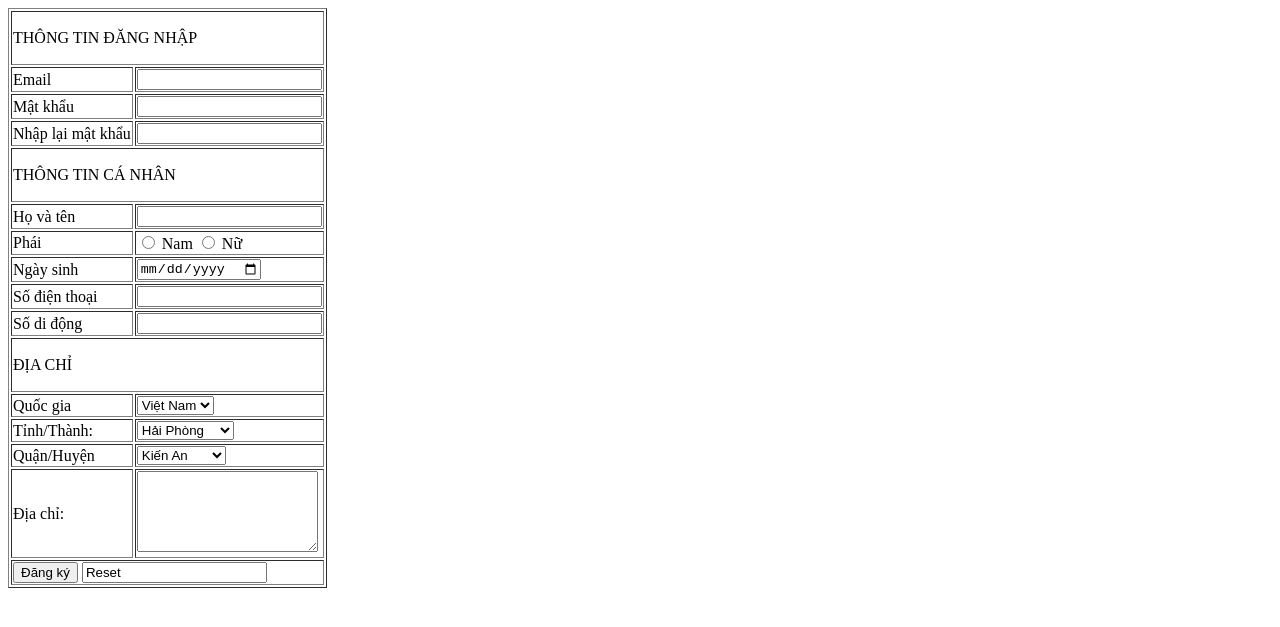
Repository: Vanh260703/Java-Servlet
Page: Bai1_HelloWorld/src/main/webapp/vidu.html
The author's editor kept a copy of each file at every save. The page is drawn from the files as they stood at one save, then again after the next save.
The browser window is 1280 px wide. The pictures show the whole page.

Above is the page before, as saved 2025-02-28 16:24:09.

### Bai1_HelloWorld/src/main/webapp/vidu.html
<!DOCTYPE html>
<html>
<head>
<meta charset="UTF-8">
<title>Insert title here</title>
</head>
<body>
	<form action="post">
		<table border = "1">
		<tbody>
			<tr>
				<td colspan = "2"><p>THÔNG TIN ĐĂNG NHẬP</p></td>
			</tr>
			<tr>
				<td>
					<label>Email</label>
				</td>
				<td>
					<input type = "email">
				</td>
			</tr>
			<tr>
				<td>
					<label>Mật khẩu</label>
				</td>
				<td>
					<input type = "password">
				</td>
			</tr>
			<tr>
				<td>
					<label>Nhập lại mật khẩu</label>
				</td>
				<td>
					<input type = "password">
				</td>
			</tr>
			<tr>
				<td colspan = "2"><p>THÔNG TIN CÁ NHÂN</p></td>
			</tr>
			<tr>
				<td>
					<label>Họ và tên</label>
				</td>
				<td>
					<input type = "text"/>
				</td>
			</tr>
			<tr>
				<td>
					<label>Phái</label>
				</td>
				<td>
					<input type = "radio" id = "male" name = "male" value = "male"/>
					<label for = "male">Nam</label>
					<input type = "radio" id = "female" name = "female" value = "female"/>
					<label for = "male">Nữ</label>
				</td>
			</tr>
			<tr>
				<td>
					<label>Ngày sinh</label>
				</td>
				<td>
					<input type = "date"/>
				</td>
			</tr>
			<tr>
				<td>
					<label>Số điện thoại</label>
				</td>
				<td>
					<input type = "number"/>
				</td>
			</tr>
			<tr>
				<td>
					<label>Số di động</label>
				</td>
				<td>
					<input type = "tel"/>
				</td>
			</tr>
			<tr>
				<td colspan = "2"><p>ĐỊA CHỈ</p></td>
			</tr>
			<tr>
				<td>
					<label>Quốc gia</label>
				</td>
				<td>
					<select name = "region" id = "region">
						<option value = "VietNam">Việt Nam</option>
						<option value = "English">Anh</option>
						<option value = "American">Mỹ</option>
					</select>
				</td>
			</tr>
			<tr>
				<td>
					<label>Tỉnh/Thành:</label>
				</td>
				<td>
					<select name = "city" id = "city">
						<option value = "HaiPhong">Hải Phòng</option>
						<option value = "HN">Hà Nội</option>
						<option value = "HCM">Hồ Chí Minh</option>
					</select>
				</td>
			</tr>
			<tr>
				<td>
					<label>Quận/Huyện</label>
				</td>
				<td>
					<select name = "district" id = "city">
						<option value = "KienAn">Kiến An</option>
						<option value = "LeChan">Lê Chân</option>
						<option value = "HongBang">Hồng Bàng</option>
					</select>
				</td>
			</tr>
			<tr>
				<td>
					<label>Địa chỉ:</label>
				</td>
				<td>
					<textarea rows="5" cols="" name = "location" id = "location"></textarea>
				</td>
			</tr>
			<tr>
				<td colspan = "2">
					<input type = "submit" id = "submit" value = "Đăng ký"/>
					<input type = "rest"  value = "Reset"/>
				</td>
			</tr>
		</tbody>
	</table>

	</form>

</body>
</html>

After the next save:
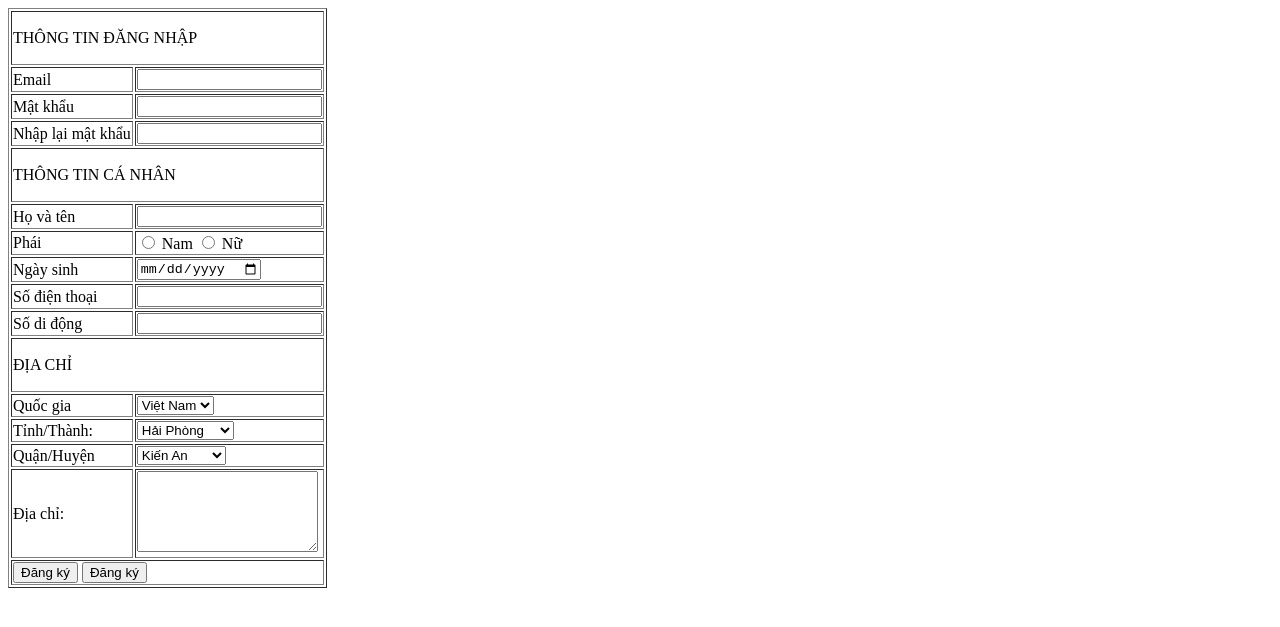
Saved 35 s later.
--- a/Bai1_HelloWorld/src/main/webapp/vidu.html
+++ b/Bai1_HelloWorld/src/main/webapp/vidu.html
@@ -131,12 +131,11 @@
 			<tr>
 				<td colspan = "2">
 					<input type = "submit" id = "submit" value = "Đăng ký"/>
-					<input type = "rest"  value = "Reset"/>
+					<input type = "submit" id = "submit" value = "Đăng ký"/>
 				</td>
 			</tr>
 		</tbody>
 	</table>
-
 	</form>
 
 </body>

After the save that followed:
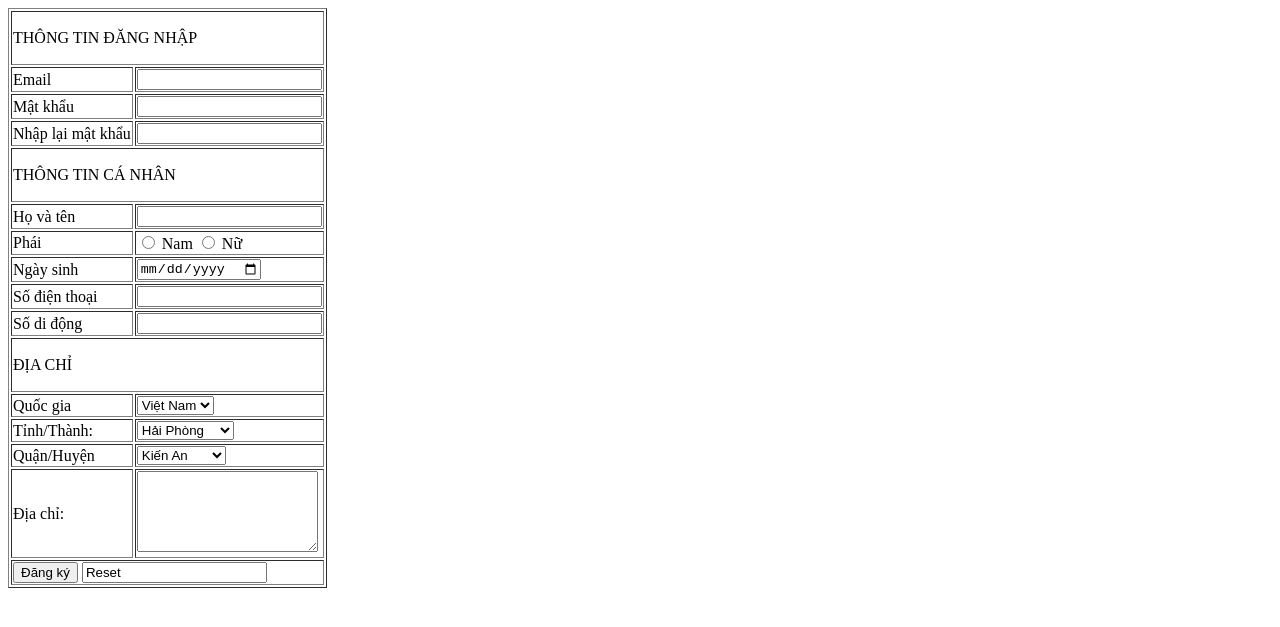
Saved 27 s later.
--- a/Bai1_HelloWorld/src/main/webapp/vidu.html
+++ b/Bai1_HelloWorld/src/main/webapp/vidu.html
@@ -131,7 +131,7 @@
 			<tr>
 				<td colspan = "2">
 					<input type = "submit" id = "submit" value = "Đăng ký"/>
-					<input type = "submit" id = "submit" value = "Đăng ký"/>
+					<input type = "rest" id = "reset" value = "Reset"/>
 				</td>
 			</tr>
 		</tbody>
